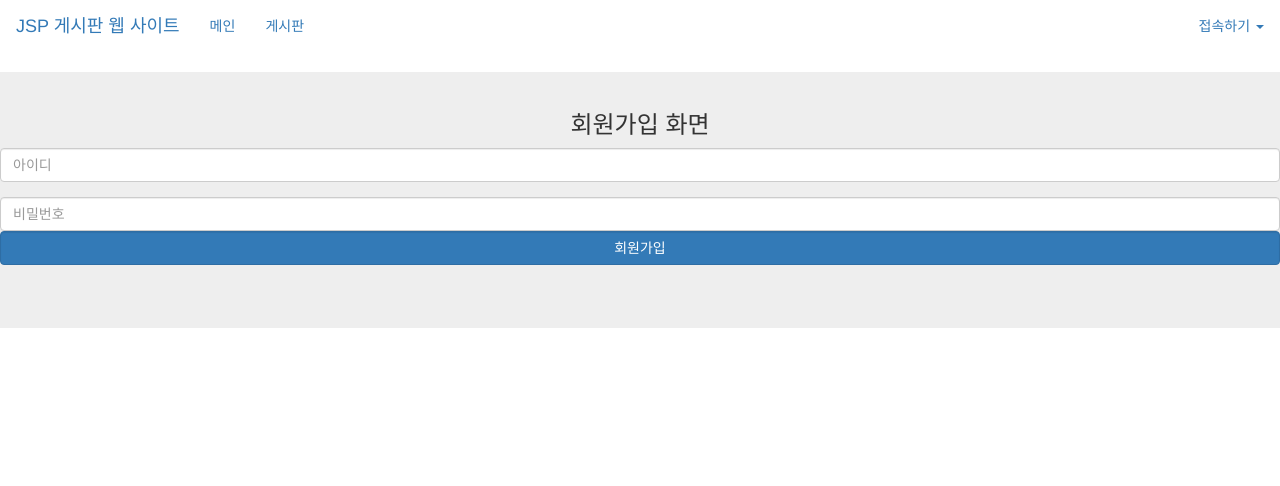
Repository: jobs0414/Final-Project
Page: http://localhost/BBS/join.jsp
The author's editor kept a copy of each file at every save. The page is drawn from the files as they stood at one save, then again after the next save.
The browser window is 1280 px wide. The pictures show the whole page.
Some web libraries are served in a nearby version. The page is served by Tomcat 9. Other server files are loaded and not shown.

Above is the page before, as saved 2018-08-14 23:24:31.

### ProjectTed/BBS/WebContent/join.jsp
<%@ page language="java" contentType="text/html; charset=utf-8"
    pageEncoding="utf-8"%>
<!DOCTYPE html>
<html>
<head>
<meta charset="utf-8">
<meta name="viewport" content="width-device-width",initial-scale="1">
<link rel="stylesheet" href="css/bootstrap.css">
<title>Insert title here</title>
</head>
<body>

<nav class="navbar navbar-defalut">
	<div class="navbar-header">
	 <button type="button" class="navbar-toggle collapsed"
	 data-toggle="collapse" data-target="abs-example-navbar-collapse"
	 aria-expanded="false">
	 <span class="icon-bar"></span>
	 <span class="icon-bar"></span>
	 <span class="icon-bar"></span>

	 </button>

	  <a class="navbar-brand" href="main.jsp">JSP 게시판 웹 사이트 </a>

	</div>
	<div class="collapse navbar-collapse" id="bs=example-navbar-collapse-1">
	<ul class="nav navbar-nav">
	<li><a href="main.jsp">메인</a>
	<li><a href="bbs.jsp">게시판</a>

	</ul>
	<ul class="nav navbar-nav navbar-right">
	     <li calss="dropdown">
	      <a href="#" class="dropdown-toggle"
	       data-toggle="dropdown" role="button" aria-haspoppup="true"
	       aria-expanded="false">접속하기 <span class="caret"></span></a>
	       <ul class="dropdown-menu">
	       <li class="active"> <a href="login.jsp">로그인 </a></li>
	       <li> <a href="join.jsp">회원가입 </a></li>

	</ul>
	</li>
	</ul>

	</div>
</nav>
<div class="container"> </div>
<div class="clo-lg-4"></div>
<div class="clo-lg-4"></div>
	<div class="jumbotron" style="padding-top:20px;">
	<form method="post" action="loginAction.jsp">
	 <h3 style="text-align: center;"> 회원가입 화면 </h3>
	 <div class="form-group">
	 	<input type="text" class="form-control" placeholder="아이디" name="userID" maxlength="20">
	 	</div>
	 	 <div class="form-group">
	 	<input type="text" class="form-control" placeholder="비밀번호" name="userPassword" maxlength="20">
	 	<input type="submit" class="btn btn-primary form-control" value="회원가입">


	 </form>


<script src="https://code.jquery.com/jquery-3.1.1.min.js"></script>
<script src="js/bootstrap.js"></script>
</body>
</html>

Loaded but not shown: ProjectTed/BBS/WebContent/css/bootstrap.css (library); ProjectTed/BBS/WebContent/js/bootstrap.js (library)

After the next save:
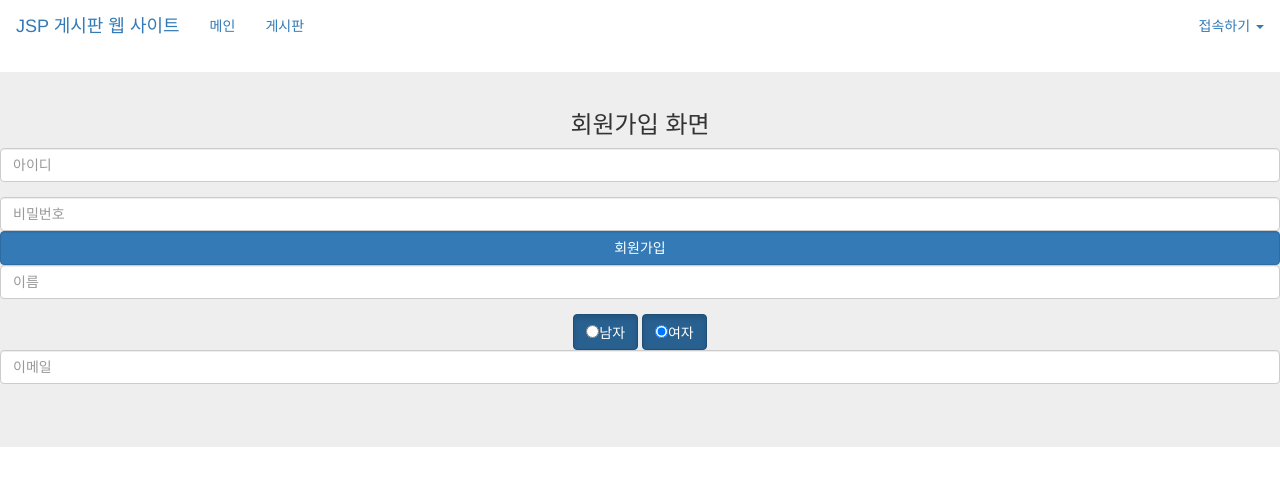
Saved 9 min 51 s later.
--- a/ProjectTed/BBS/WebContent/join.jsp
+++ b/ProjectTed/BBS/WebContent/join.jsp
@@ -49,14 +49,46 @@
 <div class="clo-lg-4"></div>
 <div class="clo-lg-4"></div>
 	<div class="jumbotron" style="padding-top:20px;">
-	<form method="post" action="loginAction.jsp">
+	<form method="post" action="joinAction.jsp">
 	 <h3 style="text-align: center;"> 회원가입 화면 </h3>
 	 <div class="form-group">
 	 	<input type="text" class="form-control" placeholder="아이디" name="userID" maxlength="20">
 	 	</div>
+
+
 	 	 <div class="form-group">
-	 	<input type="text" class="form-control" placeholder="비밀번호" name="userPassword" maxlength="20">
+	 	<input type="password" class="form-control" placeholder="비밀번호" name="userPassword" maxlength="20">
 	 	<input type="submit" class="btn btn-primary form-control" value="회원가입">
+
+
+	 	<div class="form-group">
+	 	<input type="text" class="form-control" placeholder="이름" name="userName" maxlength="20">
+	 	</div>
+
+
+
+
+	 	<div class="form-group" style="text-align:center;">
+	 	<label class="btn btn-primary active">  <!--자동적으로 active 선택될 수 있게 -->
+	 		<input type="radio" name="userGender" autocomplete="off" value="남자" checked>남자
+	 		  </label>
+
+	<label class="btn btn-primary active">  <!--자동적으로 active 선택될 수 있게 -->
+	 		<input type="radio" name="userGender" autocomplete="off" value="여자" checked>여자
+	 		  </label>
+
+	 		  <div class="form-group">
+	 	<input type="email" class="form-control" placeholder="이메일" name="userEmail" maxlength="20">
+	 	</div>
+
+
+
+
+
+
+	 	</div>
+
+	 	</div>
 
 
 	 </form>
